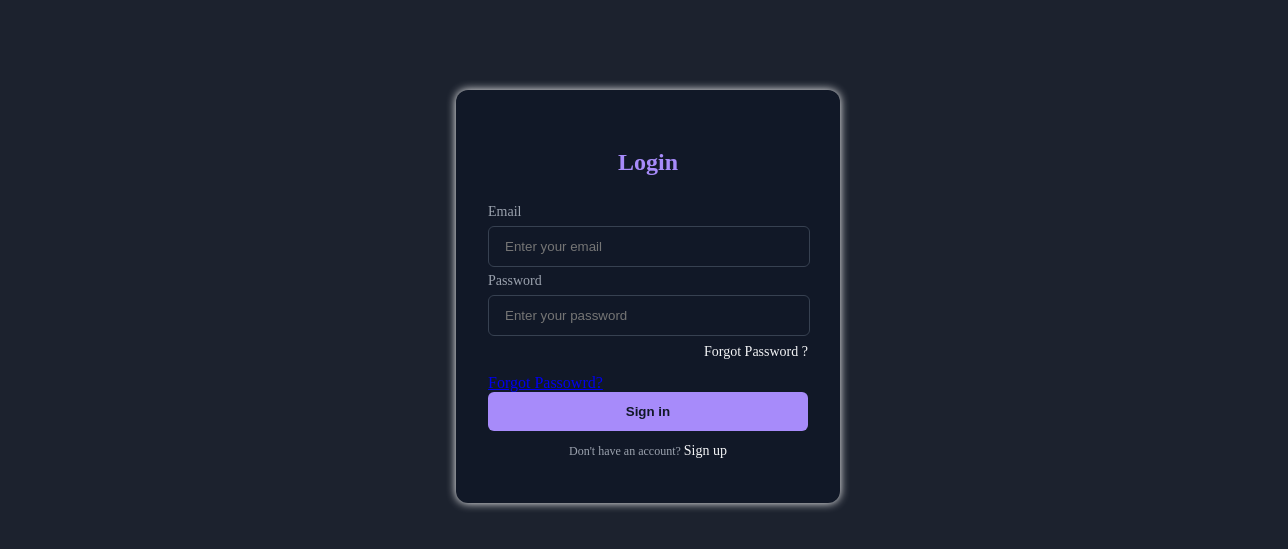
Repository: PeruriNaresh/Bank_Project
Page: http://localhost/bank_project/
An editor plug-in stored every save of this project. The page is shown before and after the next save, followed by the edit.
The browser window is 1280 px wide. The page is 1288 px wide, so the pictures cover 1288 px, including what lies to the right of the window. The pictures show the whole page.
The page is served by Tomcat 9.

Above is the page before, as saved 2024-10-24 16:30:20.

After the next save:
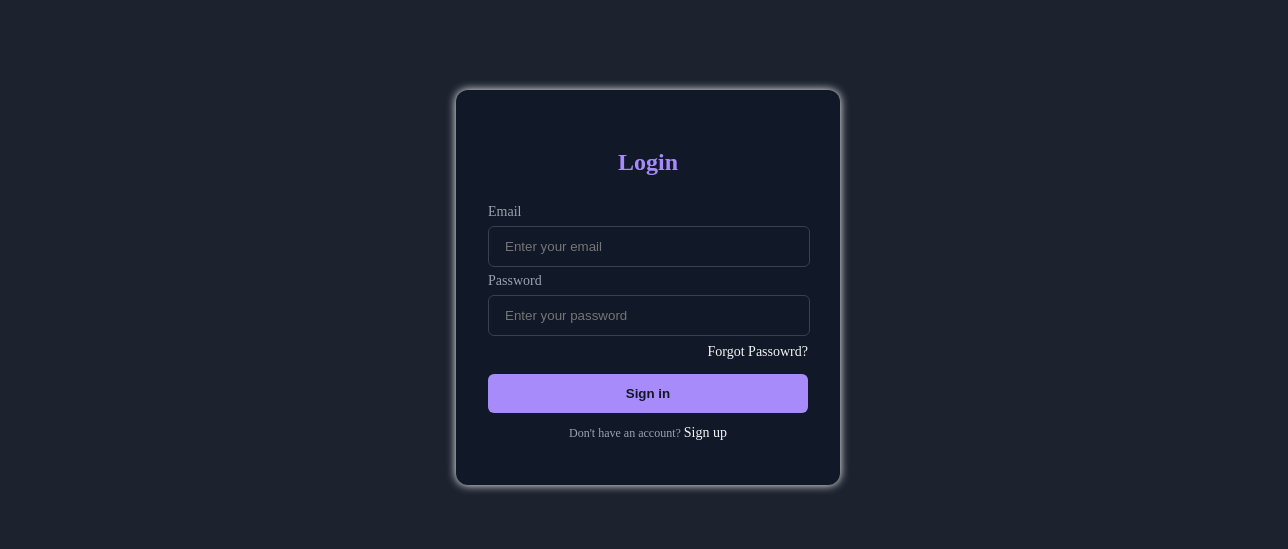
Saved 108 s later.
--- a/bank_project/src/main/webapp/index.jsp
+++ b/bank_project/src/main/webapp/index.jsp
@@ -152,10 +152,10 @@
                 <label for="password">Password</label>
                 <input type="password" name="password" id="password" placeholder="Enter your password">
                 <div class="forgot">
-                    <a rel="noopener noreferrer" href="#">Forgot Password ?</a>
+                    <a rel="noopener noreferrer" class="link" href="forgotpassword.jsp">Forgot Passowrd?</a>
                 </div>
             </div>
-            <a class="link" href="forgotpassword.jsp">Forgot Passowrd?</a>
+
             <% String msg=(String)request.getAttribute("msg");
                 if(msg!=null)
                 {
